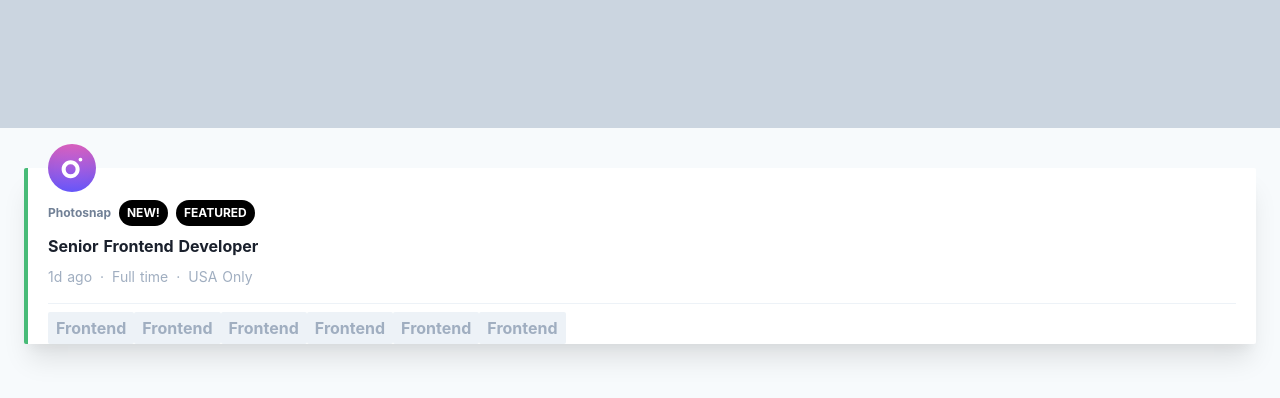
Repository: asongdon/frontendmentor-joblisting
Page: /
The author's editor kept a copy of each file at every save. The page is drawn from the files as they stood at one save, then again after a run of saves.
The browser window is 1280 px wide. The pictures show the whole page.
The project was rebuilt for these pictures with package versions that can differ from the ones it lists, and the page was loaded fresh each time. The framework's server and built-in components were replaced by stand-ins that run in the browser. Also part of the build but not shown: nuxt.config.js.

Above is the page before, as saved 2020-04-12 21:00:05.

After the next 2 saves:
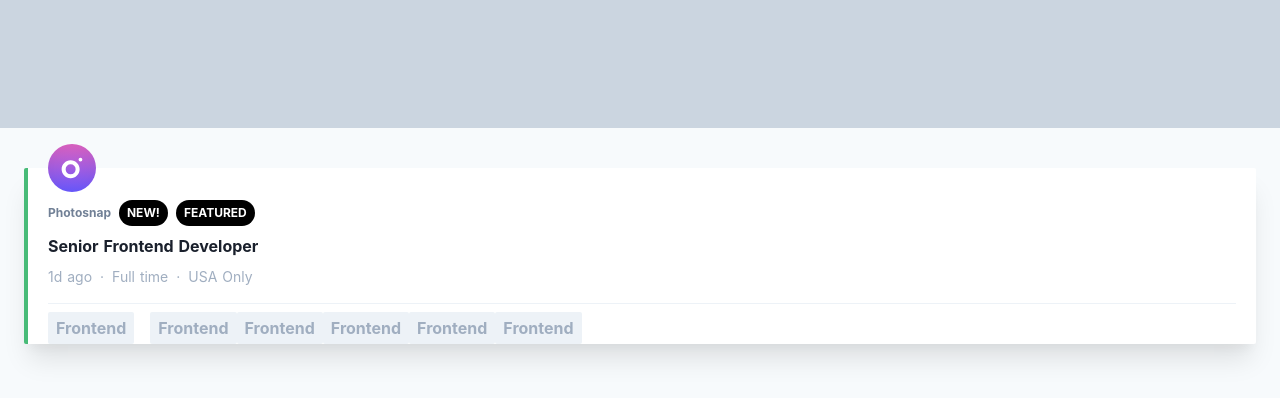
The 2 saves are shown as one change because they came seconds apart.
The last was saved 18 s later.
--- a/components/Maincard.vue
+++ b/components/Maincard.vue
@@ -30,7 +30,7 @@
     </div>
 
     <div class="mt-2 flex flex-wrap justify-start">
-      <div class="px-2 py-1 bg-gray-200 text-gray-500 rounded-sm font-bold">Frontend</div>
+      <div class="px-2 py-1 bg-gray-200 text-gray-500 rounded-sm font-bold mr-4">Frontend</div>
       <div class="px-2 py-1 bg-gray-200 text-gray-500 rounded-sm font-bold">Frontend</div>
       <div class="px-2 py-1 bg-gray-200 text-gray-500 rounded-sm font-bold">Frontend</div>
       <div class="px-2 py-1 bg-gray-200 text-gray-500 rounded-sm font-bold">Frontend</div>
